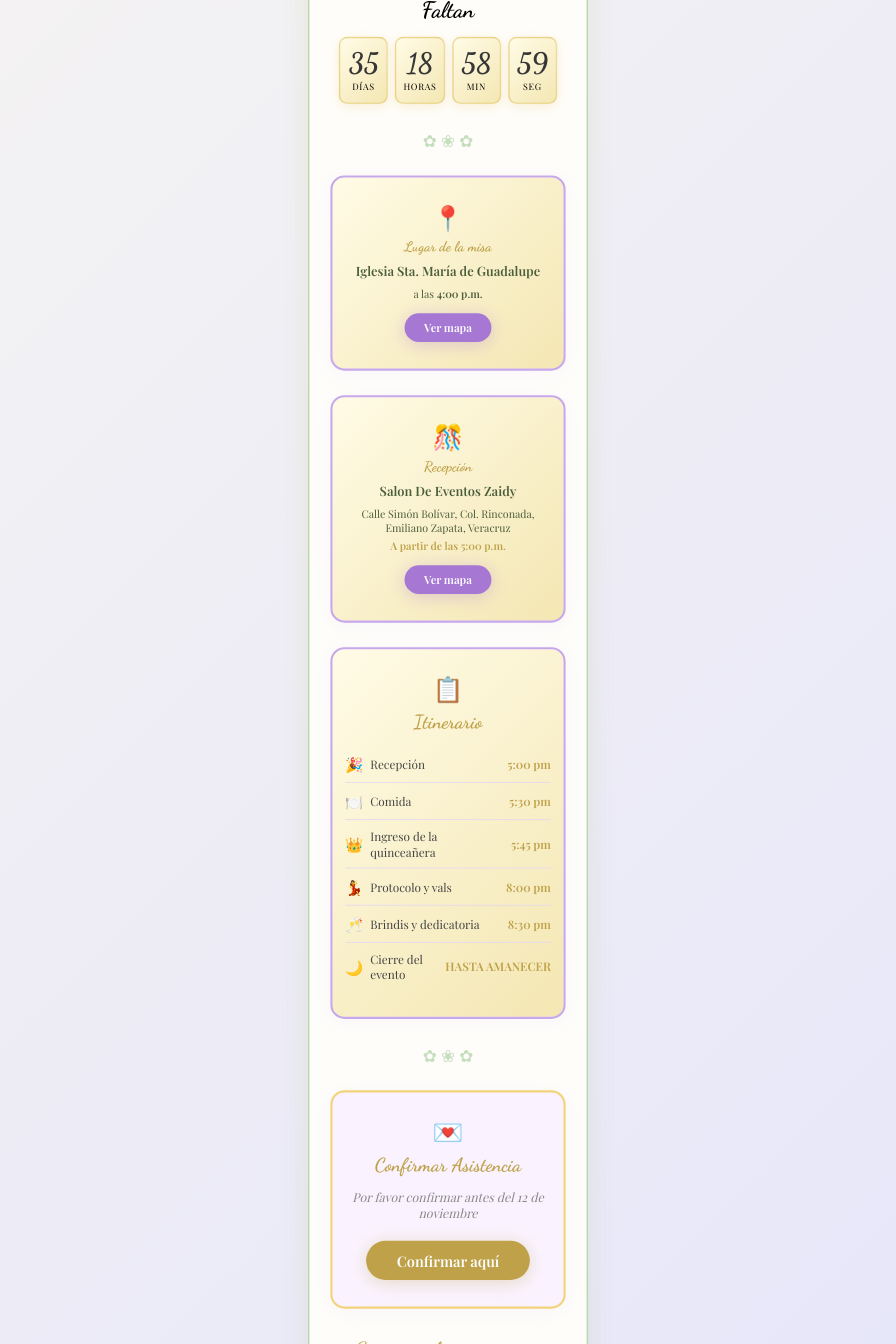
Repository: Jurgt2/InvitacionXvCamila
Page: index.html
The author's editor kept a copy of each file at every save. The page is drawn from the files as they stood at one save, then again after the next save.
The browser window is 1280 px wide. The pictures show the part of the page from y = 1082 to 3002 px (the page is 3219 px tall before and 3213 px after), at 70% of full size.
Some web fonts or font styles are not loaded; a fallback is used.

Above is the page before, as saved 2025-11-15 16:28:14.
Console error: TypeError: Cannot read properties of null (reading 'href')

### index.html
<!DOCTYPE html>
<html lang="es">
<head>
    <meta charset="UTF-8">
    <meta name="viewport" content="width=device-width, initial-scale=1.0">
    <title>Mis 15 Años - María Camila</title>

    <!-- Google Fonts -->
    <link rel="preconnect" href="https://fonts.googleapis.com">
    <link rel="preconnect" href="https://fonts.gstatic.com" crossorigin>
    <link href="https://fonts.googleapis.com/css2?family=Dancing+Script:wght@400;700&family=Playfair+Display:ital,wght@0,400;0,600;1,400&display=swap" rel="stylesheet">

    <!-- Estilos personalizados -->
    <link rel="stylesheet" href="style.css">
</head>
<body>
    <!-- Contenedor principal -->
    <div class="container">
    <!-- Encabezado superior eliminado -->
        <!-- 1. Foto circular de la quinceañera -->
        <div class="photo-section">
            <div class="photo-frame">
                <img src="quinceanera.jpg" alt="Emily Camila" class="quinceanera-photo">
            </div>
            <div class="crown-decoration">👑</div>
        </div>
        <!-- 2. Título principal -->
        <h1 class="main-title" style="font-family: 'Dancing Script', cursive; font-size: 2.5rem; font-weight: 700; color: #7d4ba8; text-align: center; margin: 20px 0 0 0;">
            <span style="font-size:2.5rem; color:#bfa14a; font-family: 'Dancing Script', cursive; font-weight: 700;">Emily Camila Salazar Santamaría</span>
        </h1>
        <!-- 3. Subtítulo descriptivo -->
        <p class="subtitle">
            Sus 15 años son un reflejo de su belleza, sus sueños y su alegría.<br>
            Hoy celebramos con entusiasmo y amor...
        </p>
        <!-- Fecha destacada (ahora debajo del texto) -->
        <div class="fecha-xv" style="text-align:center; margin:10px 0 18px 0;">
            <span style="display:inline-block; background:linear-gradient(90deg,#fffbe6 60%,#bfa14a 100%); color:#bfa14a; border-radius:12px; padding:6px 18px; font-size:1.1rem; font-weight:600; letter-spacing:1px; box-shadow:0 2px 8px #f3eac080;">SÁBADO <span style="color:#bfa14a; font-size:1.3rem;">20</span> DICIEMBRE</span>
        </div>
        <!-- Nombres de papás y padrinos (formato elegante) -->
        <div class="familia-xv" style="text-align:center; margin:28px 0 18px 0;">
            <span style="color:#bfa14a; font-size:1.25rem; font-family:'Dancing Script',cursive; font-weight:700; letter-spacing:0.5px; display:block; margin-bottom:6px;">En compañía de</span>
            <div style="display:flex; justify-content:center; align-items:flex-start; gap:32px; flex-wrap:wrap; margin-bottom:6px;">
                <div style="min-width:140px;">
                    <span style="color:#bfa14a; font-size:1.1rem; font-family:'Dancing Script',cursive; font-weight:700; display:block; margin-bottom:2px;">Sus papás</span>
                    <span style="display:block; color:#555; font-size:1.08rem; font-family:'Playfair Display',serif; font-style:italic; margin-bottom:2px;">José Antonio Salazar Morales</span>
                    <span style="display:block; color:#555; font-size:1.08rem; font-family:'Playfair Display',serif; font-style:italic;">Lissette Santamaría Correa</span>
                </div>
                <div style="min-width:140px;">
                    <span style="color:#bfa14a; font-size:1.1rem; font-family:'Dancing Script',cursive; font-weight:700; display:block; margin-bottom:2px;">Sus padrinos</span>
                    <span style="display:block; color:#555; font-size:1.08rem; font-family:'Playfair Display',serif; font-style:italic; margin-bottom:2px;">Félix Córdova Alba</span>
                    <span style="display:block; color:#555; font-size:1.08rem; font-family:'Playfair Display',serif; font-style:italic;">Santa Correa Sánchez</span>
                </div>
            </div>
        </div>
        <!-- Decoración floral -->
        <div class="floral-divider">✿ ❀ ✿</div>

        <!-- 4. Reproductor de música -->
        <div class="music-section">
            <p class="music-instruction">🎵 Clic en el reproductor para escuchar la canción</p>
            <button id="playButton" class="play-button" aria-label="Reproducir música">
                <span id="playIcon">▶</span>
            </button>
            <audio id="audioPlayer" loop>
                <source src="musica.mp3" type="audio/mpeg">
                Tu navegador no soporta el elemento de audio.
            </audio>
        </div>

        <!-- 5. Cuenta regresiva -->
        <div class="countdown-section">
            <h2 class="section-title">Faltan</h2>
            <div class="countdown-container">
                <div class="countdown-box">
                    <div class="countdown-number" id="days">00</div>
                    <div class="countdown-label">Días</div>
                </div>
                <div class="countdown-box">
                    <div class="countdown-number" id="hours">00</div>
                    <div class="countdown-label">Horas</div>
                </div>
                <div class="countdown-box">
                    <div class="countdown-number" id="minutes">00</div>
                    <div class="countdown-label">Min</div>
                </div>
                <div class="countdown-box">
                    <div class="countdown-number" id="seconds">00</div>
                    <div class="countdown-label">Seg</div>
                </div>
            </div>
            <p id="countdownMessage" class="countdown-message"></p>
        </div>

        <!-- Decoración floral -->
        <div class="floral-divider">✿ ❀ ✿</div>

        <!-- 6. Sección LUGAR -->
        <div class="cuadro-misa" style="background: #faf3ff; border: 3px solid #c7a8ea; border-radius: 20px; padding: 32px 18px 38px 18px; margin: 35px 0; text-align: center; box-shadow: 0 4px 24px #e6e6fa55;">
            <div style="font-size:2.2rem; margin-bottom: 8px; color:#bfa14a;">📍</div>
                <div style="font-family: 'Dancing Script', cursive; font-size:1.25rem; color:#bfa14a; margin-bottom: 10px; font-weight: 700;">Lugar de la misa</div>
                <div style="font-family: 'Playfair Display', serif; font-size:1.15rem; color:#4b5e3c; font-weight:700; margin-bottom: 10px;">Iglesia Sta. María de Guadalupe</div>
                <div style="font-size:0.95rem; color:#4b5e3c; margin-bottom: 18px;">a las <span style="color:#4b5e3c; font-weight:700;">4:00 p.m.</span></div>
                <a href="https://maps.app.goo.gl/ystdQ5vSETh3HKnf7" target="_blank" rel="noopener noreferrer" style="display:inline-block; background:#a678d3; color:#fff; font-family:'Playfair Display',serif; font-size:1rem; font-weight:600; border-radius:32px; padding:10px 28px; text-decoration:none; box-shadow:0 4px 24px #a678d355; transition:background 0.2s;">Ver mapa</a>
        </div>

        <!-- 7. Sección RECEPCIÓN -->
        <div class="cuadro-recepcion" style="background: #faf3ff; border: 3px solid #c7a8ea; border-radius: 20px; padding: 32px 18px 38px 18px; margin: 35px 0; text-align: center; box-shadow: 0 4px 24px #e6e6fa55;">
            <div style="font-size:2.2rem; margin-bottom: 8px; color:#bfa14a;">🎊</div>
            <div style="font-family: 'Dancing Script', cursive; font-size:1.25rem; color:#bfa14a; margin-bottom: 10px; font-weight: 700;">Recepción</div>
            <div style="font-family: 'Playfair Display', serif; font-size:1.15rem; color:#4b5e3c; font-weight:700; margin-bottom: 10px;">Salon De Eventos Zaidy</div>
            <div style="font-family: 'Playfair Display', serif; font-size:0.95rem; color:#4b5e3c; margin-bottom: 6px;">Calle Simón Bolívar, Col. Rinconada, Emiliano Zapata, Veracruz</div>
            <div style="font-family: 'Playfair Display', serif; font-size:0.95rem; color:#bfa14a; font-weight:700; margin-bottom: 18px;">A partir de las 5:00 p.m.</div>
            <a href="https://maps.app.goo.gl/BLjvQERLtKDqoa328" target="_blank" rel="noopener noreferrer" style="display:inline-block; background:#a678d3; color:#fff; font-family:'Playfair Display',serif; font-size:1rem; font-weight:600; border-radius:32px; padding:10px 28px; text-decoration:none; box-shadow:0 4px 24px #a678d355; transition:background 0.2s;">Ver mapa</a>
        </div>
        <!-- 8. Sección ITINERARIO -->
        <div class="cuadro-itinerario" style="background: #faf3ff; border: 3px solid #c7a8ea; border-radius: 20px; padding: 32px 18px 38px 18px; margin: 35px 0; text-align: center; box-shadow: 0 4px 24px #e6e6fa55;">
            <div style="font-size:2.2rem; margin-bottom: 8px; color:#bfa14a;">📋</div>
            <div style="font-family: 'Dancing Script', cursive; font-size:1.7rem; color:#bfa14a; margin-bottom: 18px; font-weight: 700;">Itinerario</div>
            <div style="width:100%; max-width:420px; margin:0 auto;">
                <div style="display:flex; align-items:center; justify-content:space-between; padding:12px 0 12px 0; border-bottom:1px solid #e0d3f7;">
                    <span style="font-size:1.3rem; margin-right:10px; color:#bfa14a;">🎉</span>
                    <span style="flex:1; text-align:left; font-family:'Playfair Display',serif; font-size:1.05rem; color:#444;">Recepción</span>
                    <span style="font-family:'Playfair Display',serif; font-size:1.05rem; color:#bfa14a; font-weight:600; min-width:80px; text-align:right;">5:00 pm</span>
                </div>
                <div style="display:flex; align-items:center; justify-content:space-between; padding:12px 0 12px 0; border-bottom:1px solid #e0d3f7;">
                    <span style="font-size:1.3rem; margin-right:10px; color:#bfa14a;">🍽️</span>
                    <span style="flex:1; text-align:left; font-family:'Playfair Display',serif; font-size:1.05rem; color:#444;">Comida</span>
                    <span style="font-family:'Playfair Display',serif; font-size:1.05rem; color:#bfa14a; font-weight:600; min-width:80px; text-align:right;">5:30 pm</span>
                </div>
                <div style="display:flex; align-items:center; justify-content:space-between; padding:12px 0 12px 0; border-bottom:1px solid #e0d3f7;">
                    <span style="font-size:1.3rem; margin-right:10px; color:#bfa14a;">👑</span>
                    <span style="flex:1; text-align:left; font-family:'Playfair Display',serif; font-size:1.05rem; color:#444;">Ingreso de la quinceañera</span>
                    <span style="font-family:'Playfair Display',serif; font-size:1.05rem; color:#bfa14a; font-weight:600; min-width:80px; text-align:right;">5:45 pm</span>
                </div>
                <div style="display:flex; align-items:center; justify-content:space-between; padding:12px 0 12px 0; border-bottom:1px solid #e0d3f7;">
                    <span style="font-size:1.3rem; margin-right:10px; color:#bfa14a;">💃</span>
                    <span style="flex:1; text-align:left; font-family:'Playfair Display',serif; font-size:1.05rem; color:#444;">Protocolo y vals</span>
                    <span style="font-family:'Playfair Display',serif; font-size:1.05rem; color:#bfa14a; font-weight:600; min-width:80px; text-align:right;">8:00 pm</span>
                </div>
                <div style="display:flex; align-items:center; justify-content:space-between; padding:12px 0 12px 0; border-bottom:1px solid #e0d3f7;">
                    <span style="font-size:1.3rem; margin-right:10px; color:#bfa14a;">🥂</span>
                    <span style="flex:1; text-align:left; font-family:'Playfair Display',serif; font-size:1.05rem; color:#444;">Brindis y dedicatoria</span>
                    <span style="font-family:'Playfair Display',serif; font-size:1.05rem; color:#bfa14a; font-weight:600; min-width:80px; text-align:right;">8:30 pm</span>
                </div>
                <div style="display:flex; align-items:center; justify-content:space-between; padding:12px 0 12px 0;">
                    <span style="font-size:1.3rem; margin-right:10px; color:#bfa14a;">🌙</span>
                    <span style="flex:1; text-align:left; font-family:'Playfair Display',serif; font-size:1.05rem; color:#444;">Cierre del evento</span>
                    <span style="font-family:'Playfair Display',serif; font-size:1.05rem; color:#bfa14a; font-weight:600; min-width:80px; text-align:right;">HASTA AMANECER</span>
                </div>
            </div>
        </div>

        <!-- Decoración floral -->
        <div class="floral-divider">✿ ❀ ✿</div>

        <!-- 9. Sección CONFIRMAR ASISTENCIA -->
        <div class="cuadro-rsvp" style="background: #faf3ff; border: 3px solid #f3d37a; border-radius: 20px; padding: 32px 18px 38px 18px; margin: 35px 0; text-align: center; box-shadow: 0 4px 24px #e6e6fa55;">
            <div style="font-size:2.2rem; margin-bottom: 8px; color:#bfa14a;">💌</div>
            <div style="font-family: 'Dancing Script', cursive; font-size:1.7rem; color:#bfa14a; margin-bottom: 18px; font-weight: 700;">Confirmar Asistencia</div>
            <div style="font-family: 'Playfair Display', serif; font-size:1.1rem; color:#888; font-style:italic; margin-bottom: 28px;">Por favor confirmar antes del 12 de noviembre</div>
            <a href="https://wa.me/522791007933?text=Hola%2C%20confirmo%20mi%20asistencia%20a%20los%2015%20a%C3%B1os%20de%20Emily%20Camila.%20%C2%A1Ser%C3%A1%20un%20honor%20acompa%C3%B1arla%20en%20su%20d%C3%ADa%20especial!%20%F0%9F%92%96%F0%9F%8E%89" target="_blank" rel="noopener noreferrer" style="display:inline-block; background:#bfa14a; color:#fff; font-family:'Playfair Display',serif; font-size:1.3rem; font-weight:600; border-radius:32px; padding:14px 44px; text-decoration:none; box-shadow:0 4px 24px #bfa14a55; transition:background 0.2s;">Confirmar aquí</a>
        </div>

        <!-- Footer decorativo -->
        <div class="footer">
            <div style="text-align: center; margin-top: 40px; margin-bottom: 10px;">
                <span style="
                    font-family: 'Dancing Script', cursive;
                    font-size: 2.2rem;
                    color: #bfa14a;
                    font-weight: 400;
                    letter-spacing: 0.5px;
                    display: inline-block;
                    background: none;
                    padding: 0;
                    margin: 0;
                ">¡Será un honor contar con tu presencia!</span>
            </div>
            <div class="floral-divider">✿ ❀ ✿</div>
        </div>

    </div>

    <!-- Script JavaScript -->
    <script src="script.js"></script>
</body>
</html>

### style.css
/* Cuadros personalizados para misa, recepción e itinerario */
.cuadro-misa, .cuadro-recepcion, .cuadro-itinerario {
    background: linear-gradient(135deg, #fffbe6 0%, #f4e7b3 100%) !important;
}
/* ==========================================
   INVITACIÓN QUINCEAÑERA - DULCE PRIMAVERA
   Tema: Morado, Rosa y Dorado
   ========================================== */

/* Reset y configuración base */
* {
    margin: 0;
    padding: 0;
    box-sizing: border-box;
}

body {
    font-family: 'Playfair Display', serif;
    background: linear-gradient(135deg, #f8f6f0 0%, #e6e6fa 100%);
    min-height: 100vh;
    padding: 20px;
    color: #333;
    overflow-x: hidden;
}

/* Contenedor principal */
.container {
    max-width: 400px;
    margin: 0 auto;
    background: #fffdfa;
    border-radius: 20px;
    padding: 40px 30px;
    box-shadow: 0 10px 40px rgba(183, 215, 176, 0.15), 0 10px 40px rgba(212, 175, 55, 0.08);
    border: 2px solid #b7d7b0;
    position: relative;
}

/* ==========================================
   1. SECCIÓN DE FOTO
   ========================================== */
.photo-section {
    text-align: center;
    margin-bottom: 30px;
    position: relative;
}

.photo-frame {
    width: 180px;
    height: 180px;
    margin: 0 auto;
    border-radius: 50%;
    border: 6px solid #b7d7b0;
    overflow: hidden;
    box-shadow: 0 8px 20px rgba(183, 215, 176, 0.25), 0 8px 20px rgba(212, 175, 55, 0.15);
    position: relative;
}

.quinceanera-photo {
    width: 100%;
    height: 100%;
    object-fit: cover;
}

.crown-decoration {
    font-size: 2rem;
    margin-top: 10px;
    animation: float 3s ease-in-out infinite;
}

@keyframes float {
    0%, 100% { transform: translateY(0); }
    50% { transform: translateY(-10px); }
}

/* ==========================================
   2. TÍTULO PRINCIPAL
   ========================================== */
.main-title {
    font-family: 'Dancing Script', cursive;
    font-size: 3rem;
        color: #7d4ba8;
    text-align: center;
    margin: 20px 0;
    text-shadow: 2px 2px 4px #b7d7b0;
    font-weight: 700;
}

/* ==========================================
   3. SUBTÍTULO
   ========================================== */
.subtitle {
    font-size: 1rem;
    font-style: italic;
    text-align: center;
    color: #666;
    line-height: 1.6;
    margin-bottom: 25px;
    padding: 0 10px;
}

/* ==========================================
   DECORACIONES FLORALES
   ========================================== */
.floral-divider {
    text-align: center;
    font-size: 1.5rem;
    color: #b7d7b0;
    margin: 25px 0;
    opacity: 0.8;
}

/* ==========================================
   4. REPRODUCTOR DE MÚSICA
   ========================================== */
.music-section {
    text-align: center;
    margin: 30px 0;
    padding: 20px;
    background: linear-gradient(135deg, #fffbe6 0%, #f4e7b3 100%);
    border-radius: 15px;
    border: 2px solid rgba(212, 175, 55, 0.3);
}

.music-instruction {
    font-size: 0.9rem;
    color: #000000;
    margin-bottom: 15px;
}

.play-button {
    width: 60px;
    height: 60px;
    border-radius: 50%;
    border: 3px solid #d4af37;
    background: linear-gradient(135deg, #d4af37 0%, #f4d88a 100%);
    color: white;
    font-size: 1.5rem;
    cursor: pointer;
    transition: all 0.3s ease;
    box-shadow: 0 4px 15px rgba(212, 175, 55, 0.4);
    display: flex;
    align-items: center;
    justify-content: center;
    margin: 0 auto;
}

.play-button:hover {
    transform: scale(1.1);
    box-shadow: 0 6px 20px rgba(212, 175, 55, 0.6);
}

.play-button:active {
    transform: scale(0.95);
}

#playIcon {
    display: inline-block;
    margin-left: 3px;
}

/* ==========================================
   5. CUENTA REGRESIVA
   ========================================== */
.countdown-section {
    margin: 35px 0;
    text-align: center;
}

.section-title {
    font-family: 'Dancing Script', cursive;
    font-size: 2rem;
        color: #000000;
    margin-bottom: 20px;
    text-align: center;
}

.countdown-container {
    display: flex;
    justify-content: center;
    gap: 10px;
    flex-wrap: wrap;
}

.countdown-box {
    background: linear-gradient(135deg, #fffbe6 0%, #f4e7b3 100%);
    border-radius: 12px;
    padding: 15px 10px;
    min-width: 70px;
    box-shadow: 0 4px 15px rgba(212, 175, 55, 0.18);
    border: 2px solid rgba(212, 175, 55, 0.4);
}

.countdown-number {
    font-family: 'Dancing Script', cursive;
    font-size: 2.5rem;
    color: rgb(54, 54, 54);
    font-weight: 700;
    line-height: 1;
}

.countdown-label {
    font-size: 0.8rem;
    color: #000000;
    margin-top: 5px;
    text-transform: uppercase;
    letter-spacing: 1px;
}

.countdown-message {
    margin-top: 20px;
    font-family: 'Dancing Script', cursive;
    font-size: 1.5rem;
    color: #d4af37;
    font-weight: 700;
        color: #666;

/* ==========================================
   6. SECCIÓN LUGAR
   ========================================== */
.location-section {
    text-align: center;
    margin: 35px 0;
    padding: 25px;
    background: #fff;
    border-radius: 15px;
    border: 2.5px solid #d4af37;
    box-shadow: 0 4px 16px rgba(212, 175, 55, 0.10);
}

.location-name {
    font-size: 1.1rem;
        color: #555;
    margin: 15px 0 20px 0;
    font-weight: 600;
}

/* ==========================================
   7. ITINERARIO
   ========================================== */
.itinerary-section {
    margin: 35px 0;
    padding: 25px;
    background: linear-gradient(135deg, #f8f6f0 0%, #e6e6fa 100%);
    border-radius: 15px;
    border: 2px solid #b7d7b0;
    box-shadow: 0 4px 16px rgba(183, 215, 176, 0.10);
}

.itinerary-list {
    list-style: none;
    margin-top: 20px;
}

.itinerary-item {
    display: flex;
    align-items: center;
    padding: 12px 0;
    border-bottom: 1px solid rgba(125, 75, 168, 0.1);
}

.itinerary-item:last-child {
    border-bottom: none;
}

.itinerary-icon {
    font-size: 1.3rem;
    margin-right: 12px;
    min-width: 30px;
}

.itinerary-text {
    flex: 1;
    font-size: 0.95rem;
        color: #555;
}

.itinerary-time {
    font-size: 0.9rem;
    color: #7d4ba8;
    font-weight: 600;
    min-width: 70px;
    text-align: right;
}

/* ==========================================
   8. CONFIRMAR ASISTENCIA
   ========================================== */
.rsvp-section {
    text-align: center;
    margin: 35px 0;
    padding: 25px;
    background: linear-gradient(135deg, #fff0ff 0%, #fffaff 100%);
    border-radius: 15px;
    border: 2px solid rgba(212, 175, 55, 0.3);
}

.rsvp-text {
    font-size: 1rem;
        color: #666;
    margin: 15px 0 20px 0;
    font-style: italic;
}

/* ==========================================
   BOTONES
   ========================================== */
.btn {
    display: inline-block;
    padding: 12px 30px;
    border-radius: 25px;
    text-decoration: none;
    font-size: 1rem;
    font-weight: 600;
    transition: all 0.3s ease;
    cursor: pointer;
    border: none;
    text-align: center;
    font-family: 'Playfair Display', serif;
}

.btn-primary {
    background: linear-gradient(135deg, #7d4ba8 0%, #9d6bc8 100%);
    color: white;
    box-shadow: 0 4px 15px rgba(125, 75, 168, 0.3);
}

.btn-primary:hover {
    transform: scale(1.05);
    box-shadow: 0 6px 20px rgba(125, 75, 168, 0.5);
    background: linear-gradient(135deg, #6a3d92 0%, #8a5ab4 100%);
}

.btn-primary:active {
    transform: scale(0.98);
}

/* ==========================================
   FOOTER
   ========================================== */
.footer {
    text-align: center;
    margin-top: 40px;
    padding-top: 20px;
    border-top: 2px solid rgba(125, 75, 168, 0.1);
}

.footer-text {
    font-family: 'Dancing Script', cursive;
    font-size: 1.3rem;
        color: #7d4ba8;
    margin-bottom: 15px;
}

/* ==========================================
   RESPONSIVE DESIGN
   ========================================== */
@media (max-width: 450px) {
    .container {
        padding: 30px 20px;
    }

    .main-title {
        font-size: 2.5rem;
    }

    .countdown-box {
        min-width: 65px;
        padding: 12px 8px;
    }

    .countdown-number {
        font-size: 2rem;
    }

    .section-title {
        font-size: 1.7rem;
    }

    .itinerary-text {
        font-size: 0.85rem;
    }

    .itinerary-time {
        font-size: 0.8rem;
        min-width: 60px;
    }
}

@media (max-width: 350px) {
    .photo-frame {
        width: 150px;
        height: 150px;
    }

    .main-title {
        font-size: 2.2rem;
    }

    .countdown-container {
        gap: 8px;
    }

    .countdown-box {
        min-width: 60px;
        padding: 10px 5px;
    }

    .countdown-number {
        font-size: 1.8rem;
    }
}

Loaded but not shown: script.js (157 lines, source omitted)

After the next save:
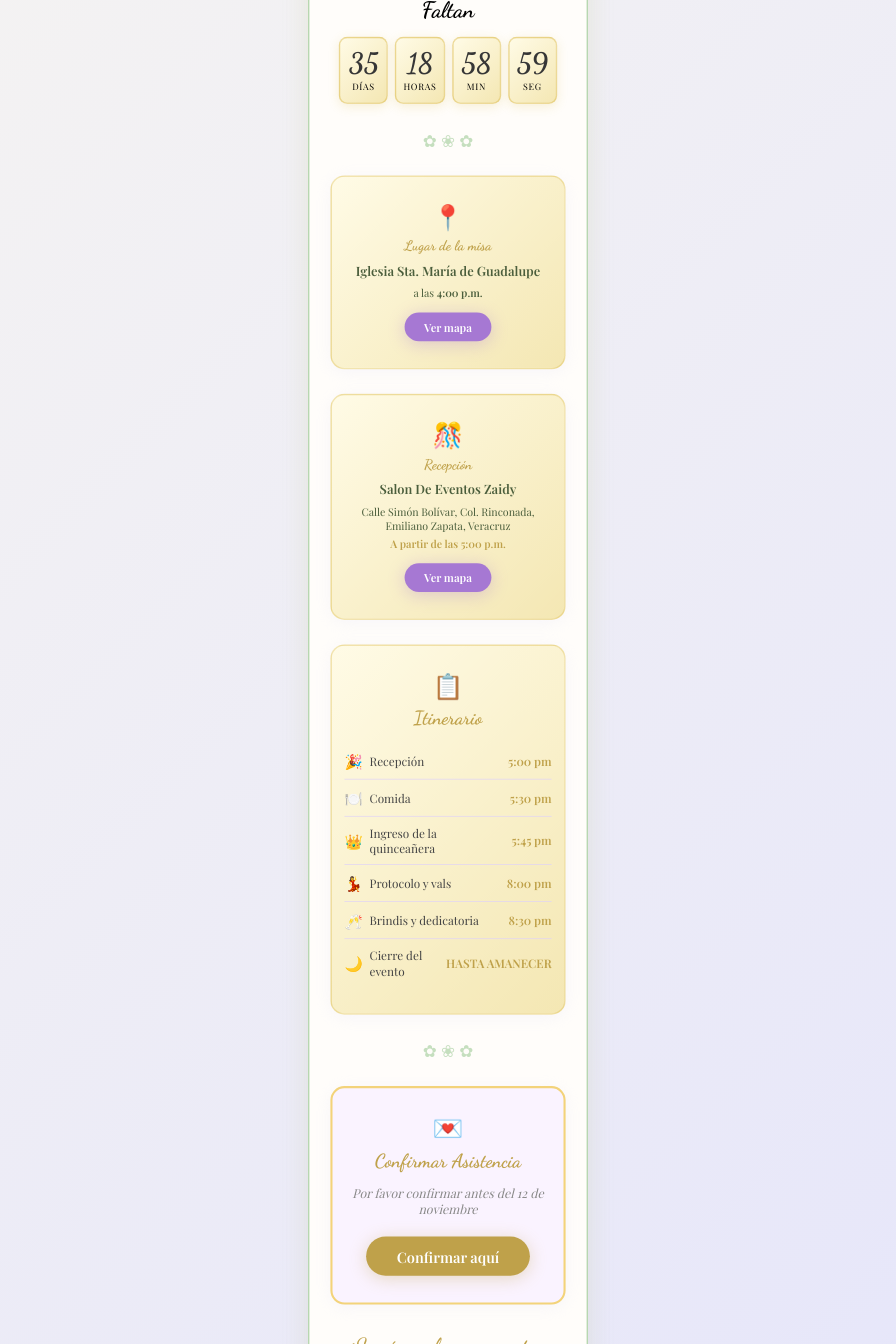
Saved 83 s later.
--- a/style.css
+++ b/style.css
@@ -1,6 +1,7 @@
 /* Cuadros personalizados para misa, recepción e itinerario */
 .cuadro-misa, .cuadro-recepcion, .cuadro-itinerario {
     background: linear-gradient(135deg, #fffbe6 0%, #f4e7b3 100%) !important;
+    border: 2px solid rgba(212, 175, 55, 0.3) !important;
 }
 /* ==========================================
    INVITACIÓN QUINCEAÑERA - DULCE PRIMAVERA
